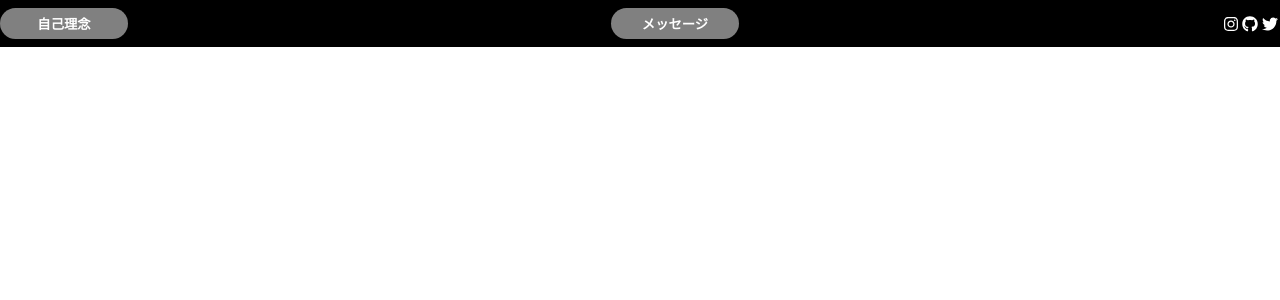
Repository: Rujuu-prog/react-mysite
Page: /
An editor plug-in stored every save of this project. The page is shown before and after the next save, followed by the edit.
The browser window is 1280 px wide. The pictures show the whole page.
The project was rebuilt for these pictures with package versions that can differ from the ones it lists, and the page was loaded fresh each time. A package was used in the major version that the imports need, not the one package.json lists.

Above is the page before, as saved 2021-05-12 15:49:58.

### src/App.tsx
import React from 'react';
import { BrowserRouter, Link, Switch, Route } from "react-router-dom";
// import { Router } from "./router/Router";
import './App.css';
import { PrimaryButton } from './components/atoms/button/PrimaryButton';
import { Github } from './components/atoms/icon/Github';
import { Instagram } from './components/atoms/icon/Instagram';
import { Twitter } from './components/atoms/icon/Twitter';
import { IconList } from './components/molecules/IconList';
import { HeaderOnly } from './components/templates/HeaderOnly';



export default function App() {
  return (
    // <BrowserRouter>
      <div className="App" >
        <HeaderOnly/>

      </div>
    // </BrowserRouter>
  );
}

### src/components/templates/HeaderOnly.tsx
import React from "react";
import { Link } from "react-router-dom";
import styled from "styled-components";

import { Header } from "../atoms/layout/Header";
import { PrimaryButton } from "../atoms/button/PrimaryButton"
import { IconList } from "../molecules/IconList";

type Props = {
    children?: React.ReactNode;
};

export const HeaderOnly: React.FC<Props> = ({children}) => {
    return (
    <>
        <Header>
            <PrimaryButton>自己理念</PrimaryButton>
            <PrimaryButton>メッセージ</PrimaryButton>
            <IconList/>
        </Header>
        {children}
    </>
    );
};


// const SLink = styled(Link)`
//     margin: 0 8px;
// `;

### src/components/atoms/layout/Header.tsx
import React from "react";
import styled from "styled-components";

import { PrimaryButton } from '../button/PrimaryButton'

type Props = {
    children?: React.ReactNode;
}

export const Header: React.FC<Props> = ({children}) => {
    return (<SHeader>{children}</SHeader>);
};

const SHeader = styled.header`
    display: flex;
    justify-content: space-between;
    align-items: center;
    width: 100%;
    height: 20%;
    background-color: black;
    color: #fff;
    text-align: center;
    padding: 8px 0;
`;

### src/components/atoms/button/PrimaryButton.tsx
import styled from "styled-components";
import { BaseButton } from "./BaseButton";

export const PrimaryButton = (props:any) => {
    const { children } = props;
    return <SButton>{children}</SButton>;
};

const SButton = styled(BaseButton)`
    background-color: gray;
    width: 10%;
`;

### src/components/molecules/IconList.tsx
import React from "react";
import styled from "styled-components";
import { Github } from "../atoms/icon/Github";
import { Instagram } from "../atoms/icon/Instagram";
import { Twitter } from "../atoms/icon/Twitter";

export const IconList:React.FC = () => {
    return(
        <SIconContainer>
            <Instagram/>
            <Github/>
            <Twitter/>
        </SIconContainer>
    );
};

const SIconContainer = styled.div`
    display: flex;
    align-items: center;
`;

### src/components/atoms/button/BaseButton.tsx
import styled from "styled-components";

export const BaseButton = styled.button`
    color: #fff;
    font-weight: bold;
    padding: 6px 24px;
    border: none;
    border-radius: 9999px;
    outline: none;
    &:hover {
        cursor: pointer;
        opacity: 0.8;
    }
`;

### src/components/atoms/icon/Github.tsx
import { faGithub, faInstagram } from "@fortawesome/free-brands-svg-icons";
import { FontAwesomeIcon } from "@fortawesome/react-fontawesome"

const IconStyle = {
    padding:"2",
    fontsize:"50"
}

export const Github:React.FC = () => {
    return(<FontAwesomeIcon style={IconStyle} icon={faGithub}></FontAwesomeIcon>);
}

### src/components/atoms/icon/Instagram.tsx
import { faInstagram } from "@fortawesome/free-brands-svg-icons";
import { FontAwesomeIcon } from "@fortawesome/react-fontawesome"

const IconStyle = {
    padding:"2",
    fontsize:"50"
}

export const Instagram:React.FC = () => {
    return(<FontAwesomeIcon style={IconStyle} icon={faInstagram}></FontAwesomeIcon>);
}

### src/components/atoms/icon/Twitter.tsx
import { faInstagram, faTwitter } from "@fortawesome/free-brands-svg-icons";
import { FontAwesomeIcon } from "@fortawesome/react-fontawesome"

const IconStyle = {
    padding:"2",
    fontsize:"50"
}

export const Twitter:React.FC = () => {
    return(<FontAwesomeIcon style={IconStyle} icon={faTwitter}></FontAwesomeIcon>);
}

Loaded but not shown: public/index.html (common file); src/index.tsx (common file); src/index.css (common file); src/reportWebVitals.ts (common file); src/App.css (common file)

After the next save:
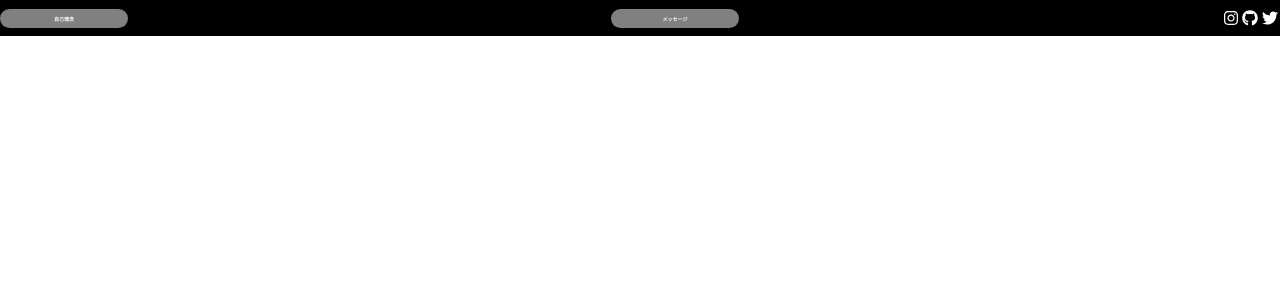
Saved 22 s later.
--- a/src/components/atoms/button/PrimaryButton.tsx
+++ b/src/components/atoms/button/PrimaryButton.tsx
@@ -9,4 +9,5 @@ export const PrimaryButton = (props:any) => {
 const SButton = styled(BaseButton)`
     background-color: gray;
     width: 10%;
+    font-size: 5px;
 `;
